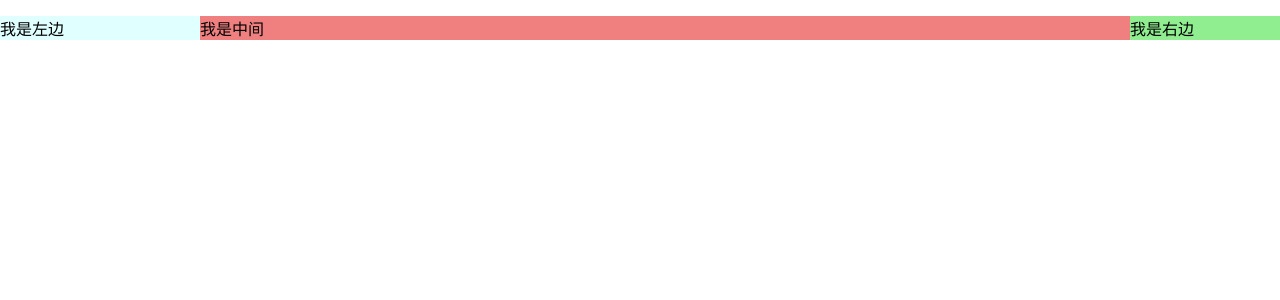
Repository: ljwrookie/Front-end-interview-handwritten-code
Page: 圣杯布局.html
These files come from the project's save history. The page is drawn as it stood at one moment and after the next save; the edit follows.
The browser window is 1280 px wide. The pictures show the whole page.

Above is the page before, as saved 2022-04-07 13:59:51.

After the next save:
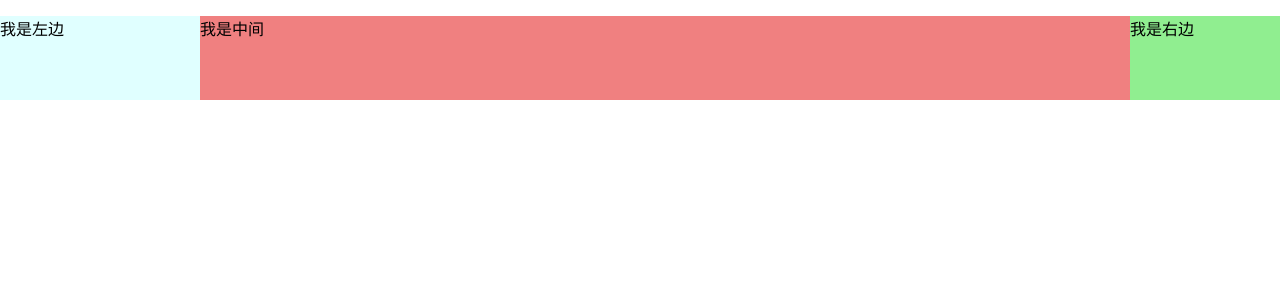
Saved 55 s later.
--- a/圣杯布局.html
+++ b/圣杯布局.html
@@ -13,11 +13,12 @@
 			#container {
 				padding-left: 200px;
 				padding-right: 150px;
-
+				height: 100px;
 				overflow: auto;
 			}
 			#container p {
 				float: left;
+				height: 100px;
 			}
 			.center {
 				width: 100%;
